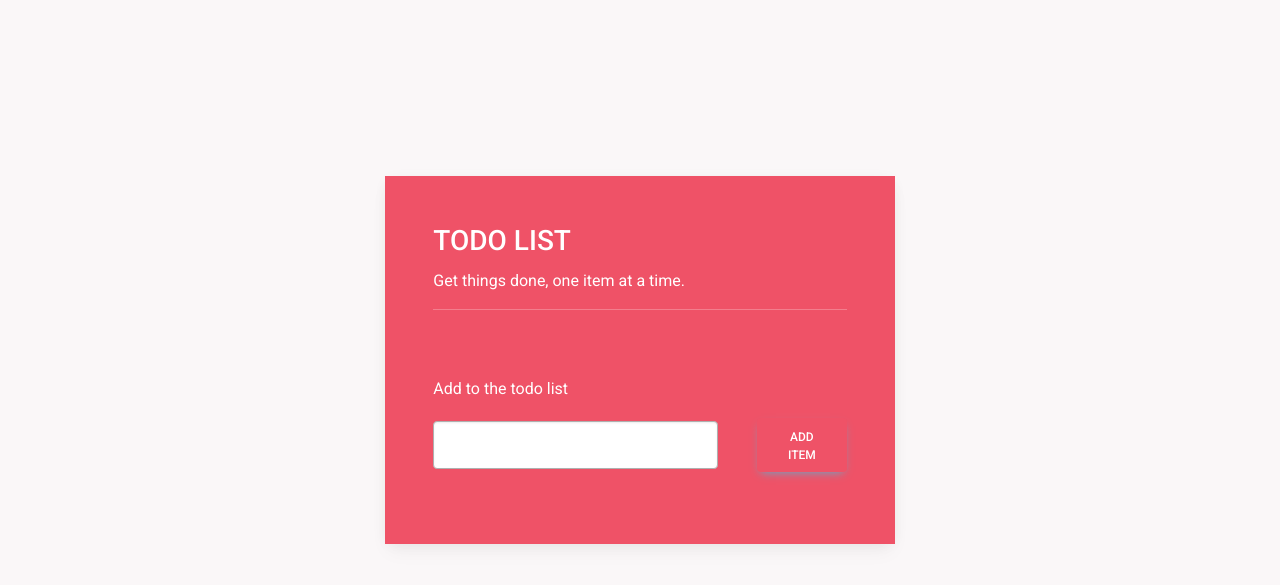
Repository: TinhTT336/MD02_HACKATHON01_HN_JV230620_BS_TranThiTinh_Basic
Page: /
An editor plug-in stored every save of this project. The page is shown before and after the next save, followed by the edit.
The browser window is 1280 px wide. The pictures show the whole page.
Some web libraries are served in a nearby version. The project was rebuilt for these pictures with package versions that can differ from the ones it lists, and the page was loaded fresh each time. Also part of the build but not shown: vite.config.js, src/App.css.

Above is the page before, as saved 2023-09-05 11:38:47.

After the next save:
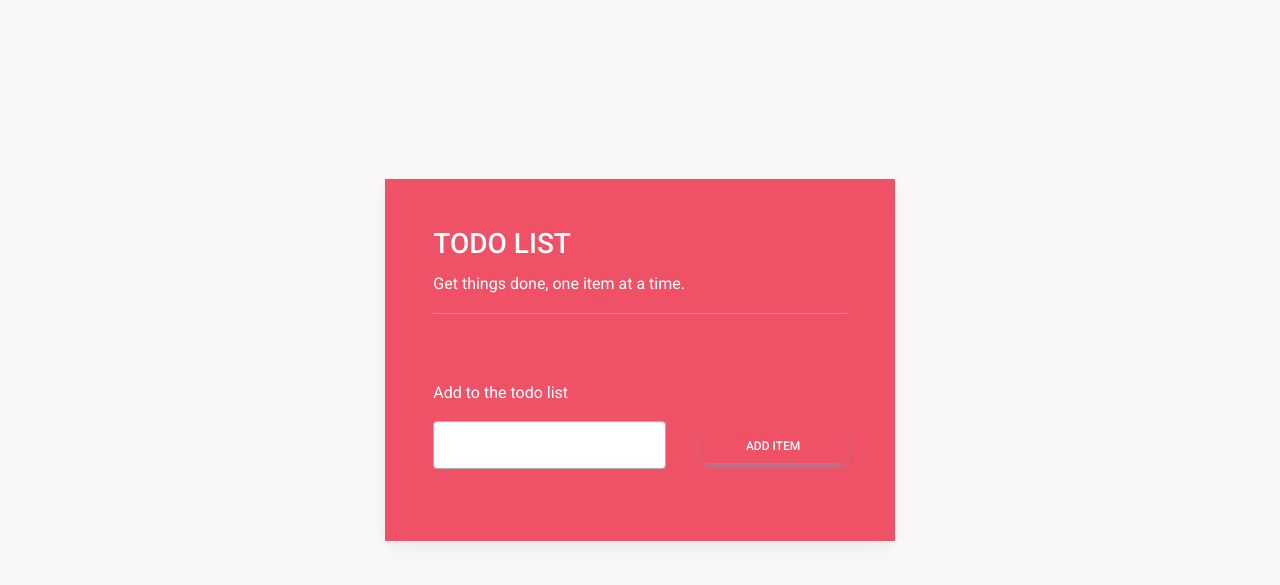
Saved 15 s later.
--- a/src/index.css
+++ b/src/index.css
@@ -94,4 +94,5 @@ body {
 .btn-info {
   background-color: #ef5267 !important;
   border-color: #fff !important;
+  width: 50% !important;
 }
